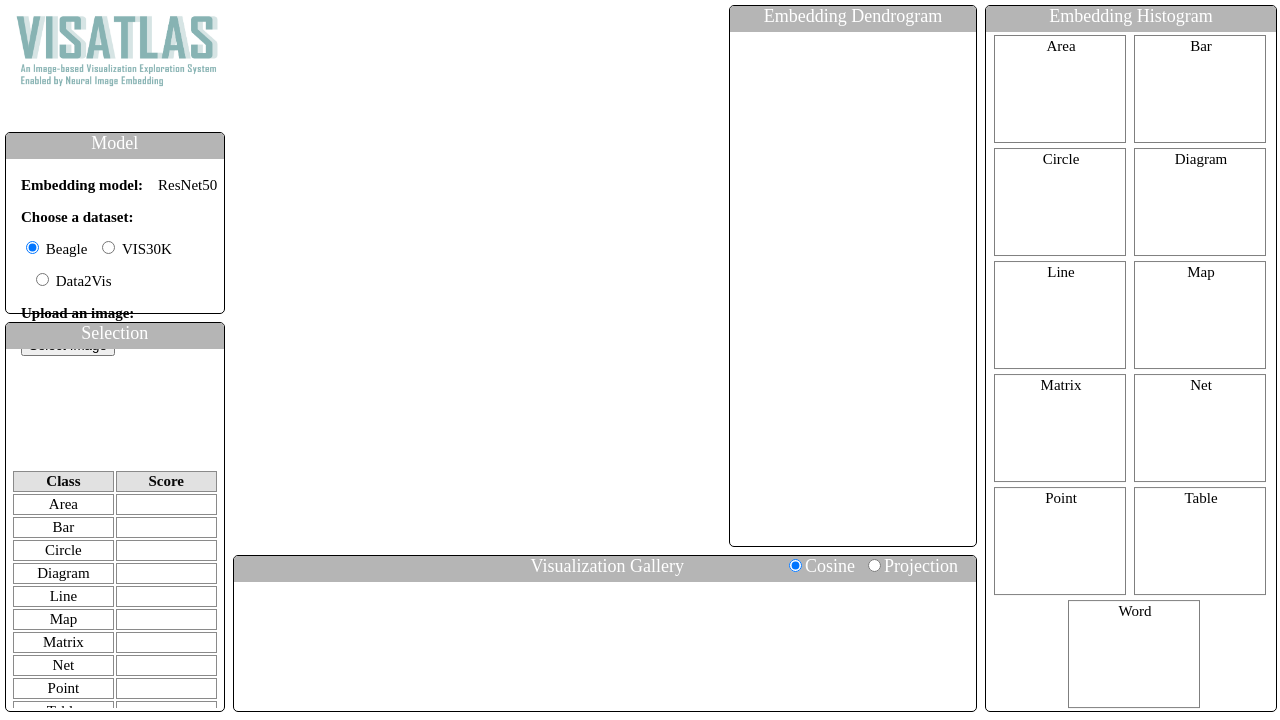
Repository: yilinye/AI_and_human_paintings
Page: / (app in VIS4AI_art/Frontend/)
The author's editor kept a copy of each file at every save. The page is drawn from the files as they stood at one save, then again after the next save.
The browser window is 1280 px wide. The pictures show the whole page.
The page's requests for data from a server got no answer. The project was rebuilt for these pictures with package versions that can differ from the ones it lists, and the page was loaded fresh each time. No one was signed in, and anything a server would have sent is missing. Also part of the build but not shown: VIS4AI_art/Frontend/vite.config.js, VIS4AI_art/Frontend/vue.config.js, VIS4AI_art/Frontend/src/components/WelcomeItem.vue, VIS4AI_art/Frontend/src/components/icons/IconDocumentation.vue, VIS4AI_art/Frontend/src/components/icons/IconTooling.vue, VIS4AI_art/Frontend/src/components/icons/IconEcosystem.vue, VIS4AI_art/Frontend/src/components/icons/IconCommunity.vue, VIS4AI_art/Frontend/src/components/icons/IconSupport.vue and 2 more.

Above is the page before, as saved 2022-04-30 22:52:51.

### VIS4AI_art/Frontend/src/App.vue
<!--
 * @Author: Qing Shi
 * @LastEditTime: 2022-04-12 22:41:44
 * @Knowledge:
 * @Description:
 * @Attention:
-->

<template>
  <VisView/>
</template>

<script>
import VisView from "./views/visView.vue";

// var Event = new Vue();
export default {
    components: { VisView }
}
</script>

<style>
@import "./assets/base.css";

#app {
  height: calc(100%);
  font-weight: normal;
}

</style>

### VIS4AI_art/Frontend/src/assets/base.css
body {

  margin: 0%;
  height: 100%;
  width: 100%;
  background-color: rgb(255, 255, 255);
  overflow: hidden;
}


#titleBar {
  background: rgb(181, 181, 181);
  height: 26px;
  width: calc(100% + 0px);
  border-radius: 4px 4px 0px 0px;
  /* border: solid 1px; */
  transform: translate(0px);
  text-align: center;
  color: white;
  font-size: 18px;
}


/*chrome--------------------------------------------start*/
::-webkit-scrollbar {
  width: 8px;
  height: 8px;
}

/* Track */
::-webkit-scrollbar-track {
  background: #ffffff;
  border-radius: 8px;
}

/* Handle */
::-webkit-scrollbar-thumb {
  background: rgb(201, 201, 202);
  border-radius: 8px;
}

/* Handle on hover */
::-webkit-scrollbar-thumb:hover {
  background: rgb(162, 162, 163);
}

.el-menu::-webkit-scrollbar,
.el-table__body-wrapper::-webkit-scrollbar {
  display: none;
}

.el-menu:hover::-webkit-scrollbar,
.el-table__body-wrapper:hover::-webkit-scrollbar {
  display: block;
}

/*chrome--------------------------------------------end*/

### VIS4AI_art/Frontend/src/components/selectView.vue
<!--
 * @Author: Qing Shi
 * @LastEditTime: 2022-04-30 20:52:22
 * @Knowledge:
 * @Description:
 * @Attention:
-->
<template>
  <div style="height: 100%">
    <div id="titleBar">
      {{ viewName }}
    </div>
    <div id="selectPic">
      <div
        v-if="isChoose"
        id="isChoose"
      >
        <img
          id="nodePic"
        >
      </div>
    </div>
    <div id="selectTable">
      <table style="width:calc(100% - 10px);text-align: center;margin-top:2px;height:calc(100% - 10px);margin-bottom:5px;margin-left:5px; margin-right: 5px;">
        <tr style="height:calc(8% - 30px)">
          <th>Class</th>
          <th>Score</th>
        </tr>
        <tr
          v-for="item in items"
          :key="item.className"
          style="height:calc(8% - 30px)"
        >
          <td>{{ item.className }}</td>
          <td :id="item.className+'Table'">{{ item.classScore }}</td>
        </tr>
      </table>
    </div>
  </div>
</template>

<script>
export default {
  data () {
    return {
      viewName: "Selection",
      isChoose: true,
      picPath: "/src/assets/logo.svg",
      items: {
        Area: { className: "Area", classScore: "" },
        Bar: { className: "Bar", classScore: "" },
        Circle: { className: "Circle", classScore: "" },
        Diagram: { className: "Diagram", classScore: "" },
        Line: { className: "Line", classScore: "" },
        Map: { className: "Map", classScore: "" },
        Matrix: { className: "Matrix", classScore: "" },
        Net: { className: "Net", classScore: "" },
        Point: { className: "Point", classScore: "" },
        Table: { className: "Table", classScore: "" },
        Word: { className: "Word", classScore: "" },
      }
    }
  }
}
</script>

<style>
#selectPic {
  height: 30%;
  width: 100%;
}
#isChoose {
  text-align: center;
  margin-top: 1px;
  margin-left: 6px;
  margin-right: 6px;
  margin-bottom: 2px;
  height: 100%;
  display: flex;
  flex-direction: column;
  justify-content: center;
  align-items: center;
}
#selectTable {
  height: calc(70% - 30px);
  width: 100%;
  overflow: auto;
  /* background-color: #000000; */
}

th {
  text-align: middle;
  /* padding-left: 45px; */
  /* border-bottom: 1px solid #ddd; */
  border: 1px solid rgb(138, 138, 138);
  /* background-color: white; */
  background-color: rgb(225, 225, 225);
  color: rgb(7, 7, 7);
  font-size: 15px;
  /* color: white; */
}

td {
  text-align: middle;
  /* padding-left: 45px; */
  width: 50%;
  /* border-bottom: 1px solid #ddd; */
  border: 1px solid rgb(138, 138, 138);
  font-size: 15px;
  color: black;
  /* height: 100% */
}

/* tr {
  height: calc(100%)
} */

tr:hover {
  background-color: rgb(231, 164, 179);
}
</style>

### VIS4AI_art/Frontend/src/components/histogramView.vue
<!--
 * @Author: Qing Shi
 * @LastEditTime: 2022-04-30 22:52:35
 * @Knowledge:
 * @Description:
 * @Attention:
-->
<template>
  <div>
    <div id="titleBar">
      {{ viewName }}
    </div>
    <div id="mainHistogram">
      <div
        v-for="(ty, index) in typeName"
        :key="ty"
        :id="'His' + ty"
        v-bind:style="{ border: 'solid 1px rgba(0, 0, 0, 0.5)', width: wd, height:hs, position: 'absolute', left: '8px', transform: 'translate(' + (index == 10 ? 'calc(50% + 8px)' : index % 2 ? 'calc(100% + 8px)' : '0') + ',' + 'calc(' + ((Math.floor(index / 2)) * 100) + '% + ' + ((Math.floor(index / 2)) * 5) + 'px' + ' + 3px)' + ')' }"
      >

      </div>
    </div>
  </div>
</template>

<script>
import * as d3 from 'd3';
import { dataService } from '../service';
export default {
  mounted () {
    // dataService.fetchData({ 'filePath': this.fileP.filePath }, fileData => {
    //   console.log(11111);

    //   // this.drawHistogram(fileData.data.data, this.typeName);
    // });
    this.typeName.forEach(d => {
      this.createSVG(d);
    })

    this.drawHistogram(this.fileP.filePath, this.typeName);
  },
  data () {
    return {
      viewName: "Embedding Histogram",
      typeName: ["Area", "Bar", "Circle", "Diagram", "Line", "Map", "Matrix", "Net", "Point", "Table", "Word"],
      hs: "calc(16.6% - 11px)",
      wd: "calc(50% - 15px)",
      selectType: '',
      xAxis: undefined,
      yAxis: {},
      hisWidth: 0,
      hisHeight: 0,
      levelCluster: {
        "Beagle": ['Circle', 'Map', 'Line', 'Area', 'Bar', 'Net', 'Point', 'Diagram', 'Matrix', 'Table', 'Word'],
        "VIS": ["Map", "Circle", "Bar", "Point", "Line", "Diagram", "Matrix", "Net", "Area", "Table", "Word"],
        "Data": ["Area", "Line", "Bar", "Point"]
      },

    };
  },
  inject: ['fileP'], // get file path from visView.vue
  methods: {
    /**
     * @description: create svg for every histogram
     * @param {*} hisType Feature
     * @return {*}
     */
    createSVG: function (hisType) {
      d3.select("#" + hisType + 'Svg').remove();
      const hisHeight = document.getElementById(('His' + hisType)).offsetHeight;
      const hisWidth = document.getElementById(('His' + hisType)).offsetWidth;
      this.hisHeight = hisHeight;
      this.hisWidth = hisWidth;
      d3.select('#His' + hisType)
        .append('svg')
        .attr('id', hisType + 'Svg')
        .attr('width', hisWidth)
        .attr('height', hisHeight)
      d3.select('#' + hisType + 'Svg')
        .append('text')
        .text(hisType)
        .attr('font-size', 15)
        .attr('text-anchor', 'middle')
        .attr('y', 15)
        .attr('x', hisWidth / 2)
    },
    /**
     * @description: data processing and use function
     * @param {String} filePath: which file will be used, selected in modelView.vue
     * @param {Array} hisTypeArray: Feature Group
     * @return {*}
     */
    drawHistogram: function (filePath, hisTypeArray) {
      d3.csv(filePath).then((fileData) => {
        hisTypeArray.forEach(hisType => {
          // index name need small letters
          let hisTag = hisType.toLowerCase();
          const hisData = new Object();
          for (let i = 0; i < fileData.length; ++i) {
            let indexNum = Math.floor(parseFloat(fileData[i][hisTag]) * 10);
            if (indexNum == 10) indexNum--; // let 1 to 0.9 ~ 1
            if (indexNum == 0) continue;
            if (typeof (hisData[indexNum]) == 'undefined') {
              hisData[indexNum] = { cnt: 0, items: [] };
            }
            hisData[indexNum].cnt++;
            hisData[indexNum].items.push(fileData[i]);
          }

          // remove old View
          d3.select("#his_g_" + hisType).remove();
          // define new View
          d3.select("#" + hisType + "Svg")
            .append('g')
            .attr("id", "his_g_" + hisType);

          this.drawRectAndAxis(hisData, hisType);
          this.drawSelectRect(hisData, hisType);
          this.RectBrush(hisData, hisType);
          // this.allHisData[hisType] = hisData;
          // d3.select("#selCircle8").transition().duration(2000).attr('y', 20).attr("height", 70);
        })
      });
    },
    /**
     * @description: draw bar charts and x/y axises
     * @param {Array} hisData bar chart data
     * @param {String} hisType Feature
     * @return {*}
     */
    drawRectAndAxis: function (hisData, hisType) {
      // remove old View
      d3.select("#his_rect_g_" + hisType).remove();
      // define new View
      const his_g = d3.select("#his_g_" + hisType)
        .append('g')
        .attr("id", "his_rect_g_" + hisType);

      const hisArray = new Array();

      for (let i in hisData)
        hisArray.push(hisData[i].cnt);

      const xAxis = d3.scaleLinear()
        .domain([0.1, 1.0])
        .range([0, this.hisWidth - 60])
      const yAxis = d3.scaleLinear()
        .domain([0, d3.max(hisArray)])
        .range([this.hisHeight - 42, 0]);
      this.xAxis = xAxis;
      this.yAxis[hisType] = yAxis;

      his_g.append('g')
        .selectAll("#hisRect" + hisType)
        .attr('id', "hisRect" + hisType)
        .data(hisArray)
        .enter()
        .append('rect')
        .attr("dmax", d3.max(hisArray))
        .attr('x', (d, i) => {
          return this.xAxis((i + 1) / 10) + 45 + 5;
        })
        .attr('y', (d, i) => {
          return this.yAxis[hisType](d) + 20;
        })
        .attr('height', d => {
          return this.hisHeight - 42 - this.yAxis[hisType](d)
        })
        .attr('width', 10)
        .attr('fill', "rgb(198, 198, 198)");
      // draw Axis
      his_g.append('g')
        .call(d3.axisBottom(xAxis).ticks(5))
        .attr("transform", `translate(${45}, ${this.hisHeight - 22})`);
      his_g.append('g')
        .call(d3.axisLeft(yAxis).ticks(5))
        .attr("transform", `translate(${45}, ${20})`);
    },
    /**
     * @description: draw bar charts which be select. I draw them without height. When I select some data, I will change the height of them.
     * @param {*} hisData bar chart data
     * @param {*} hisType Feature
     * @return {*}
     */
    drawSelectRect: function (hisData, hisType) {
      // remove old View
      d3.select("#his_sel_g_" + hisType).remove();
      // define new View
      const his_g = d3.select("#his_g_" + hisType)
        .append('g')
        .attr("id", "his_sel_g_" + hisType);

      const hisArray = new Array();
      for (let i in hisData)
        hisArray.push(hisData[i].cnt);
      // console.log()
      his_g.append('g')
        .selectAll("#hisSelRect" + hisType)
        .attr('id', "hisSelRect" + hisType)
        .data(hisArray)
        .enter()
        .append('rect')
        .attr("dmax", this.yAxis[hisType].domain()[1])
        .attr("hisHeight", this.hisHeight)
        .attr("id", (d, i) => {
          return "sel" + hisType + (i + 1);
        })
        .attr('x', (d, i) => {
          return this.xAxis((i + 1) / 10) + 40;
        })
        .attr('y', (d, i) => {
          return this.hisHeight - 20;
        })
        .attr('height', d => {
          return 0;
        })
        .attr('width', 10)
        .attr('fill', "orange");
    },
    /**
     * @description: a brush. Select areas in the bar chart
     * @param {*} hisData bar chart data
     * @param {*} hisType Feature
     * @return {*}
     */
    RectBrush (hisData, hisType) {
      let _this = this;
      const hisArray = new Array();
      for (let i in hisData)
        hisArray.push(hisData[i].cnt);
      const brush = d3.brush()
        .extent([
          [30, 15],
          [_this.hisWidth - 5, _this.hisHeight - 10]
        ])
        .on('start', function ({ selection }) {
          if (selection != null) {
            d3.select('#brush_rect').remove();
          }
        })
        // .on('brush', brushing)
        .on('end', brushed);
      // console.log(hisData)
      const brush_g = d3.select("#his_g_" + hisType)
        .append('g')
        .attr('id', 'brush_g' + hisType)
        .call(brush);

      // I really don't like programing this function, but it's the method which can clear the brush.
      function brushed ({ selection }) {
        if (selection != null) {
          const [
            [x0, y0],
            [x1, y1]
          ] = selection;
          d3.select('#his_g_' + hisType)
            .append("rect")
            .attr('id', 'brush_rect')
            .attr('x', x0)
            .attr('y', y0)
            .attr('width', x1 - x0)
            .attr('height', y1 - y0)
            .attr('fill', 'white')
            .attr('fill-opacity', 0)
            .attr('stroke', '#2378ae')
            .attr('stroke-dasharray', '4, 4')
            .attr('stroke-width', 3);

          let levelType = undefined;
          let pidScatter = {};

        let filePath = _this.fileP.filePath;
        if (filePath[13] == 'B') {
          levelType = _this.levelCluster["Beagle"];
        }

        if (filePath[13] == 'V') {
          levelType = _this.levelCluster["VIS"];
        }

        if (filePath[13] == 'D') {
          levelType = _this.levelCluster["Data"];
        }
          let treeCnt = {};
          levelType.forEach(d => {
            treeCnt[d.toLowerCase()] = {
              value: 0,
              id: d
            }
          })
          let selectData = {};
          _this.typeName.forEach(d => {
            selectData[d] = {};
            for (let i = 1; i <= 9; ++i)
              selectData[d][i] = { cnt: 0 };
          })
          for (let i = 0; i < 9; ++i) {
            if (x0 < _this.xAxis((i + 1) / 10) + 40 + 6 && _this.xAxis((i + 1) / 10) + 40 + 6 < x1) {
              hisData[i + 1].items.forEach(d => {
                pidScatter[d.pid] = 1;
                // d3.select("#rad_cir" + d.pid).attr('opacity', 1).attr('r', 4);
                _this.typeName.forEach(hisTag => {
                  let indexNum = Math.floor(parseFloat(d[hisTag.toLowerCase()]) * 10);
                  if (indexNum == 10) indexNum--; // let 1 to 0.9 ~ 1
                  if (indexNum != 0) {
                    selectData[hisTag][indexNum].cnt++;
                  }
                })
                treeCnt[d['class']].value++;
              })
            }
          }
          d3.selectAll('.rad_cir')
            .attr('r', d => {
              return pidScatter[d.pid] == 1 ? 2 : 0;
            })
          for (let i in selectData) {
            for (let j in selectData[i]) {
              d3.select("#sel" + i + (j))
                .transition().duration(1000)
                .attr('y', _this.yAxis[i](selectData[i][j].cnt) + 20)
                .attr("height", _this.hisHeight - 42 - _this.yAxis[i](selectData[i][j].cnt));
            }
          }
          let treeData = [];
          let sumTree = 0;
          for (let i in treeCnt) {
            if (treeCnt[i].value > 0) {
              treeData.push({
                value: treeCnt[i].value,
                id: treeCnt[i].id.toLowerCase(),
                top: sumTree
              });
              sumTree += treeCnt[i].value;
            }
          }
          _this.updateTree(treeData, sumTree);
          // clear brush
          d3.select(this).call(brush.move, null);
        }
      }
    },
    /**
     * @description: update Dendrogram
     * @param {Array} treeData data of the tree
     * @param {Int} sumTree Number of all selected elements
     * @return {*}
     */
    updateTree (treeData, sumTree) {
      this.$emit('updateTree', treeData, sumTree);
    }
  },
  watch: {
    fileP: {
      handler (newValue, oldValue) {
        console.log(newValue)
        this.drawHistogram(this.fileP.filePath, this.typeName);
      },
      deep: true
    }
  }
}
</script>

<style>
#mainHistogram {
  height: calc(100% - 30px);
  width: calc(100%);
  /* background-color: #000; */
}
.selection {
  fill: none;
  stroke: #2378ae;
  stroke-width: 3;
  stroke-dasharray: 4, 4;
}
</style>

### VIS4AI_art/Frontend/src/components/galleryView.vue
<template>
  <div style="width: 100%; height: 100%;">
    <div id="titleBar">
      <span style="position: absolute; left: 40%;">{{ viewName }}</span>
      <span style="float: right">
        <form
          id="select-distance"
          style="margin-top:0;margin-right:18px"
        >

          <input
            type="radio"
            id="metricChoice1"
            name="contact"
            value="cosine"
            checked="checked"
            @click="updateType('Cosine')"
          >
          <label for="metricChoice1">Cosine</label>

          <input
            type="radio"
            id="metricChoice2"
            name="contact"
            value="radviz"
            style="margin-left:13px;padding-top:50%;"
            @click="updateType('Projection')"
          >
          <label for="metricChoice2">Projection</label>

        </form>
      </span>

    </div>
    <div id="nodeGallery">
      <div style="height: 100%; white-space: nowrap;">
        <div
          v-for="(item, index) in closeNode"
          :key="index"
          class="closeNode"
        >
          <img
            :src="'/src/assets' + item.path.slice(1)"
            alt=""
            :pid="item.pid"
            style="height:100%;"
            @click="updateSelectNode(item)"
          >
        </div>
      </div>
    </div>
  </div>
</template>

<script>
export default {
  data () {
    return {
      viewName: "Visualization Gallery",
      closeNode: []
    }
  },
  methods: {
    /**
     * @description: set the closeNode
     * @param {Array} data picture information from visView.vue
     * @return {*}
     */
    setCloseNode (data) {
      // console.log(data);
      this.closeNode = data;
    },
    /**
     * @description: change the gallery type
     * @param {String} data Cosine / Projection
     * @return {*}
     */
    updateType (data) {
      // console.log(data)
      this.$emit('updateGType', data);
    },
    /**
     * @description: select a picture and upload information
     * @param {*} data data bound to the picture
     * @return {*}
     */
    updateSelectNode (data) {
      this.$emit("updateSelectNode", data);
    }
  }
}
</script>

<style>
#nodeGallery {
  overflow-x: scroll;
  overflow-y: hidden;
  width: 100%;
  height: calc(100% - 30px);
}
.closeNode {
  /* position: absolute; */
  /* width: 20%; */
  height: calc(100% - 20px);
  /* padding-bottom: 50%; */
  /* position: fixed; */
  margin-top: 10px;
  margin-bottom: 10px;
  border: solid 1px rgba(0, 0, 0, 0.5);
  margin-left: 5px;
  margin-right: 5px;
  /* float: left; */
  white-space: normal;
  display: inline-block;
  /* display: flex; */
  flex-direction: column;
  justify-content: center;
  align-items: center;
}
</style>

Loaded but not shown: VIS4AI_art/Frontend/index.html (common file); VIS4AI_art/Frontend/src/service/modules/dataService.js (24 lines, source omitted); VIS4AI_art/Frontend/src/router/index.js (21 lines, source omitted); VIS4AI_art/Frontend/src/main.js (11 lines, source omitted); VIS4AI_art/Frontend/src/service/index.js (1 lines, source omitted); VIS4AI_art/Frontend/src/components/mainView.vue (851 lines, source omitted); VIS4AI_art/Frontend/src/components/dendrogramView.vue (279 lines, source omitted); VIS4AI_art/Frontend/src/components/modelView.vue (167 lines, source omitted); VIS4AI_art/Frontend/src/views/visView.vue (199 lines, source omitted)

After the next save:
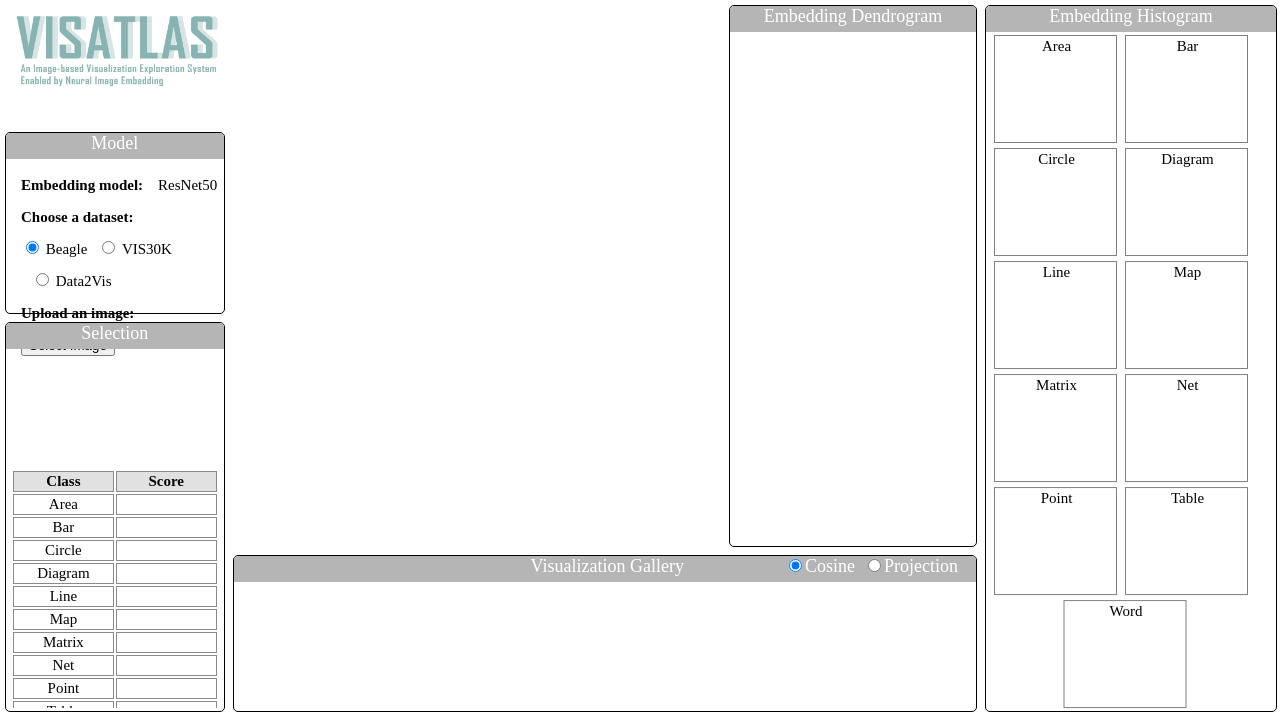
Saved 14 s later.
--- a/VIS4AI_art/Frontend/src/components/histogramView.vue
+++ b/VIS4AI_art/Frontend/src/components/histogramView.vue
@@ -44,7 +44,7 @@
       viewName: "Embedding Histogram",
       typeName: ["Area", "Bar", "Circle", "Diagram", "Line", "Map", "Matrix", "Net", "Point", "Table", "Word"],
       hs: "calc(16.6% - 11px)",
-      wd: "calc(50% - 15px)",
+      wd: "calc(50% - 24px)",
       selectType: '',
       xAxis: undefined,
       yAxis: {},

After the save that followed:
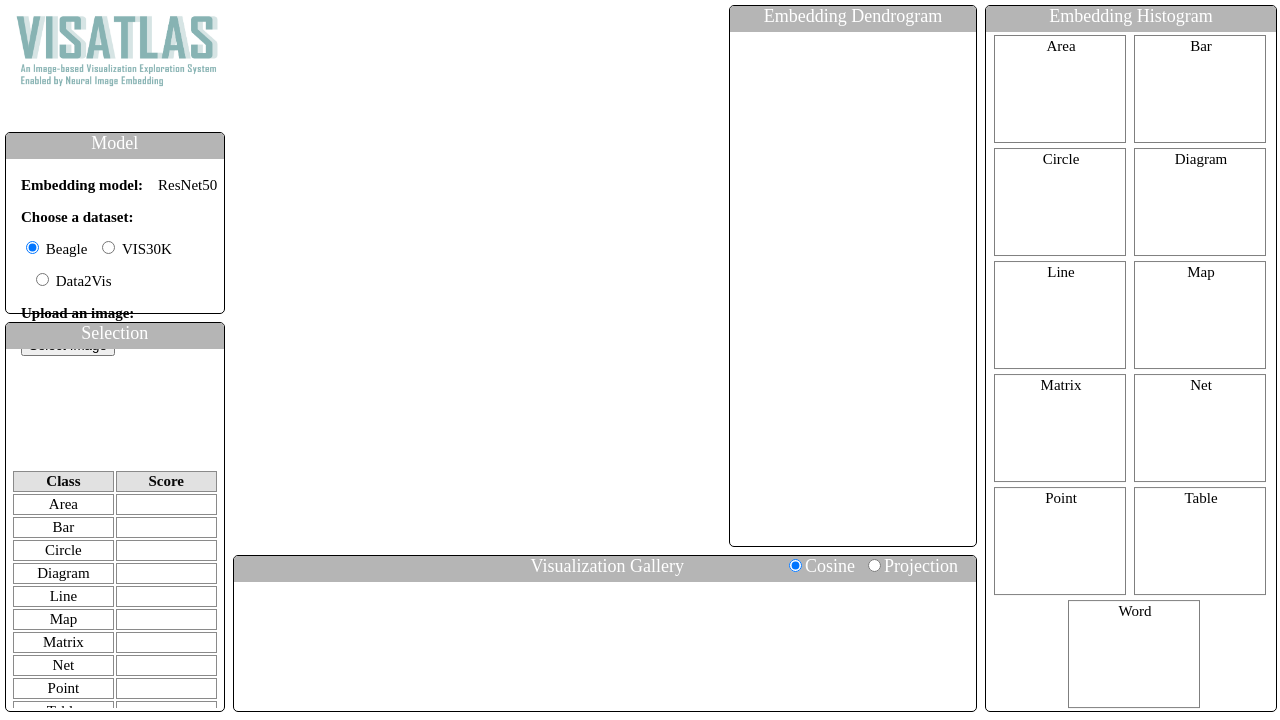
Saved 4 s later.
--- a/VIS4AI_art/Frontend/src/components/histogramView.vue
+++ b/VIS4AI_art/Frontend/src/components/histogramView.vue
@@ -44,7 +44,7 @@
       viewName: "Embedding Histogram",
       typeName: ["Area", "Bar", "Circle", "Diagram", "Line", "Map", "Matrix", "Net", "Point", "Table", "Word"],
       hs: "calc(16.6% - 11px)",
-      wd: "calc(50% - 24px)",
+      wd: "calc(50% - 15px)",
       selectType: '',
       xAxis: undefined,
       yAxis: {},
